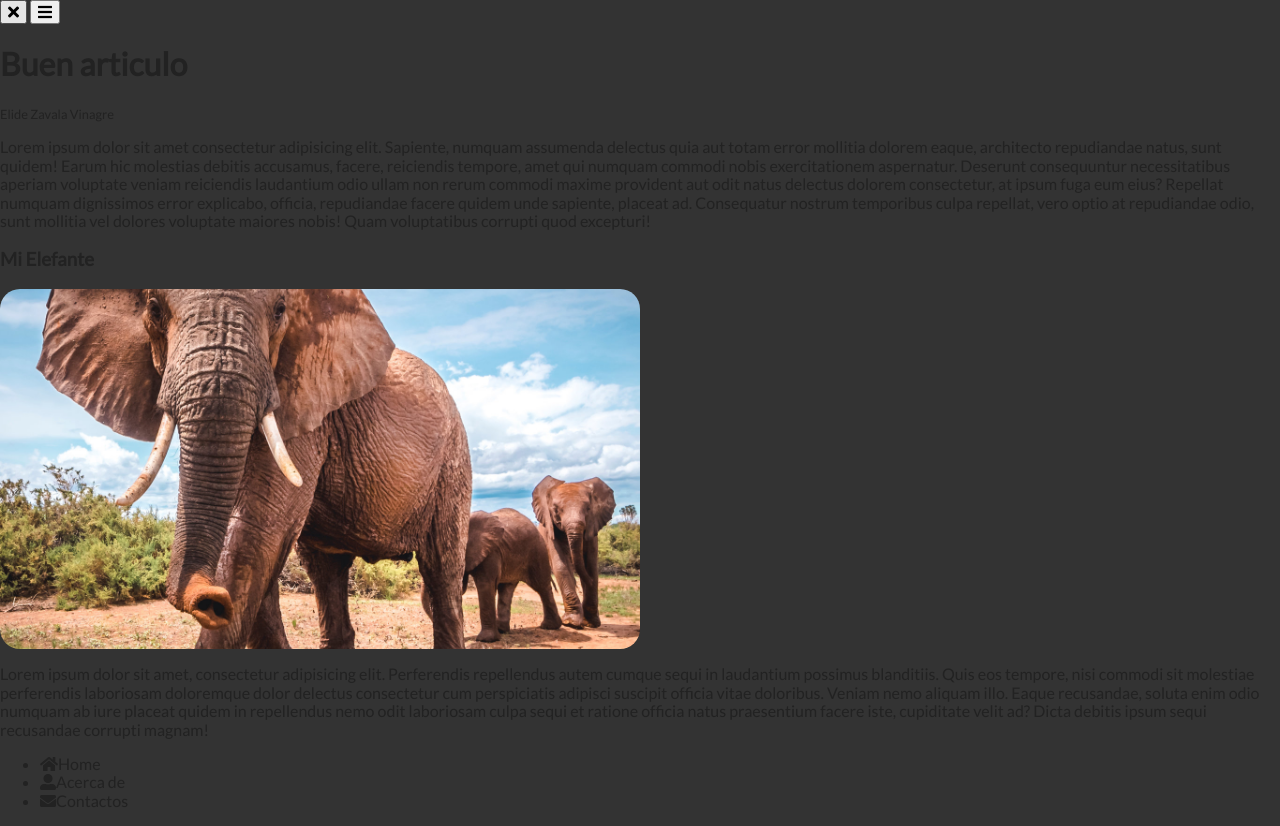
Repository: ElideZavala/Navagacion-en-rotacion
Page: index.html
These files come from the project's save history. The page is drawn as it stood at one moment and after the next save; the edit follows.
The browser window is 1280 px wide. The pictures show the whole page.

Above is the page before, as saved 2021-05-29 08:38:58.

### index.html
<!DOCTYPE html>
<html lang="en">
<head>
	<meta charset="UTF-8">
	<meta http-equiv="X-UA-Compatible" content="IE=edge">
	<meta name="viewport" content="width=device-width, initial-scale=1.0">
	<link rel="stylesheet" href="https://cdnjs.cloudflare.com/ajax/libs/font-awesome/5.15.3/css/all.min.css" integrity="sha512-iBBXm8fW90+nuLcSKlbmrPcLa0OT92xO1BIsZ+ywDWZCvqsWgccV3gFoRBv0z+8dLJgyAHIhR35VZc2oM/gI1w==" crossorigin="anonymous" referrerpolicy="no-referrer" />
	<link rel="stylesheet" href="style.css">
	<link rel="stylesheet" href="normalize.css">
	<title>Navegación Giratoria</title>
</head>
<body>
	<div class="container">
		<div class="circle-container">
			<div class="circle">
				<button id="close">
					<i class="fas fa-times"></i>
				</button>
				<button id="open">
					<i class="fas fa-bars"></i>
				</button>
			</div>
		</div>

		<div class="content">
			<h1 class="title">Buen articulo</h1>
			<small>Elide Zavala Vinagre</small>
			<p>Lorem ipsum dolor sit amet consectetur adipisicing elit. Sapiente, numquam assumenda delectus quia aut totam error mollitia dolorem eaque, architecto repudiandae natus, sunt quidem! Earum hic molestias debitis accusamus, facere, reiciendis tempore, amet qui numquam commodi nobis exercitationem aspernatur. Deserunt consequuntur necessitatibus aperiam voluptate veniam reiciendis laudantium odio ullam non rerum commodi maxime provident aut odit natus delectus dolorem consectetur, at ipsum fuga eum eius? Repellat numquam dignissimos error explicabo, officia, repudiandae facere quidem unde sapiente, placeat ad. Consequatur nostrum temporibus culpa repellat, vero optio at repudiandae odio, sunt mollitia vel dolores voluptate maiores nobis! Quam voluptatibus corrupti quod excepturi!</p>

			<h3 class="title">Mi Elefante</h3>
			<img class="img" src="./Elefante.jpg" alt="Elefante">
			<p>Lorem ipsum dolor sit amet, consectetur adipisicing elit. Perferendis repellendus autem cumque sequi in laudantium possimus blanditiis. Quis eos tempore, nisi commodi sit molestiae perferendis laboriosam doloremque dolor delectus consectetur cum perspiciatis adipisci suscipit officia vitae doloribus. Veniam nemo aliquam illo. Eaque recusandae, soluta enim odio numquam ab iure placeat quidem in repellendus nemo odit laboriosam culpa sequi et ratione officia natus praesentium facere iste, cupiditate velit ad? Dicta debitis ipsum sequi recusandae corrupti magnam!</p>
		</div>
	</div>

	<nav>
		<ul>
			<li><i class="fas fa-home"></i>Home</li>
			<li><i class="fas fa-user-alt"></i>Acerca de</li>
			<li><i class="fas fa-envelope"></i>Contactos</li>
		</ul>
	</nav>



	<script src="./script.js"></script>
</body>
</html>

### style.css
@import url('https://fonts.googleapis.com/css?family=Lato&display=swap');

* {
	box-sizing: border-box;
}

body {
	font-family: 'Lato', sans-serif;
	background-color: #333;
	color: #222;
	overflow: hidden;
	margin: 0;
}


.img{
	width: 50vw;
	height: 50vh;
	display: flex;
	border-radius: 20px;
	object-fit: cover;
}

Loaded but not shown: normalize.css (library); script.js (no stored copy; drawn as an empty file)

After the next save:
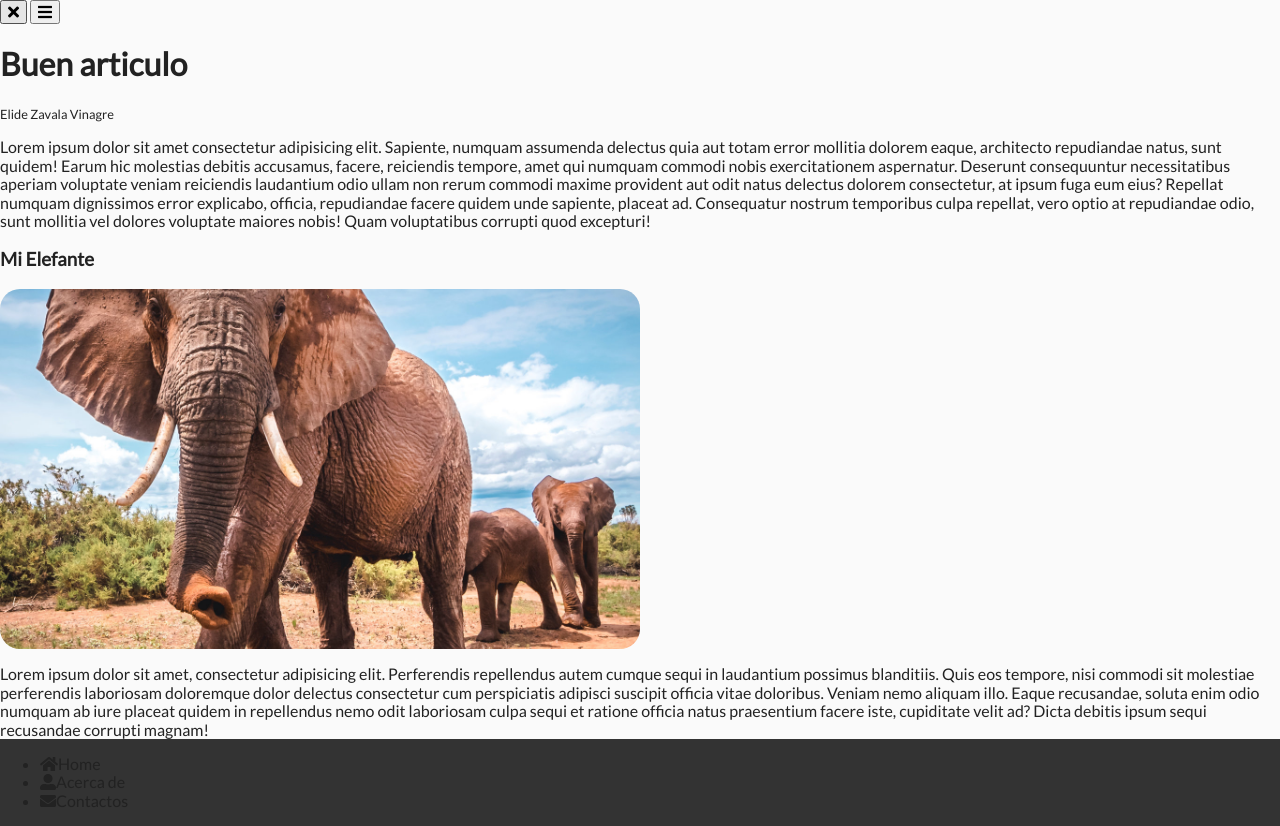
Saved 50 s later.
--- a/style.css
+++ b/style.css
@@ -12,7 +12,9 @@ body {
 	margin: 0;
 }
 
-
+.container {
+	background-color: #fafafa;
+}
 .img{
 	width: 50vw;
 	height: 50vh;
